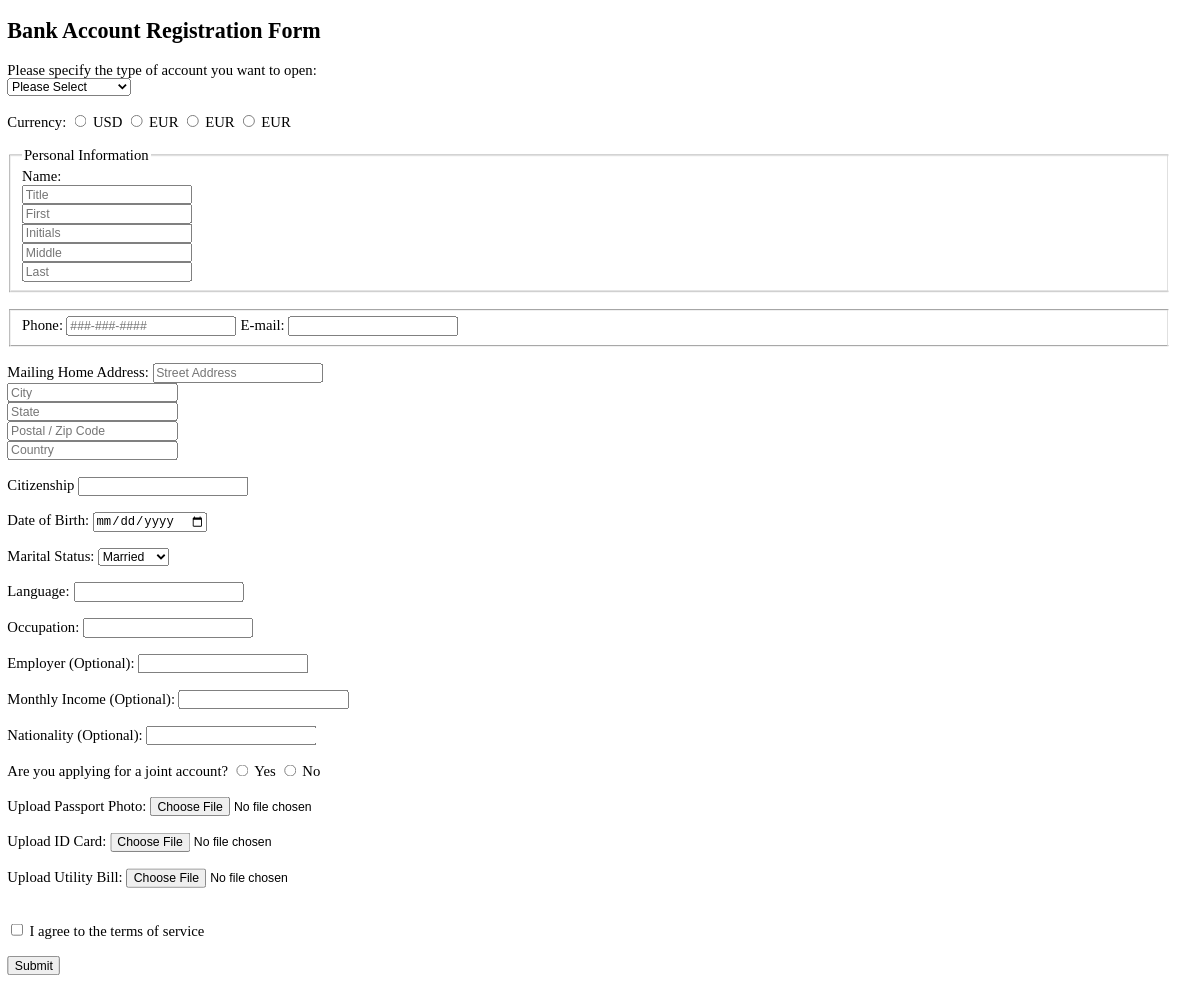
Repository: hizeetech/First-Assignment
Page: sign_up.html
An editor plug-in stored every save of this project. The page is shown before and after a run of saves, followed by the edit.
The browser window is 1280 px wide. The pictures show the whole page, at 92% of full size.

Above is the page before, as saved 2024-11-09 03:04:39.

After the next 4 saves:
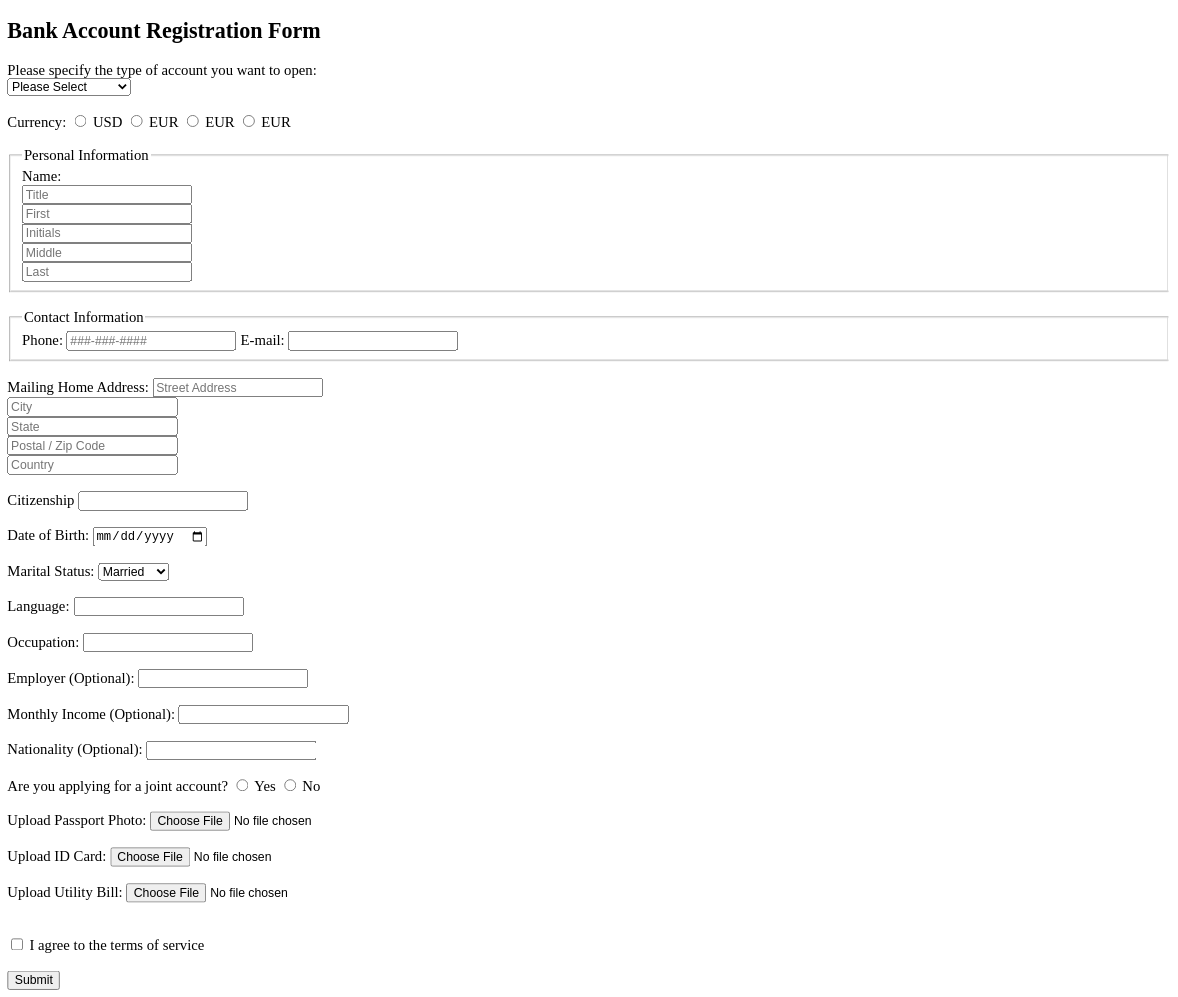
The 4 saves are shown as one change because they came seconds apart.
The last was saved 12 s later.
--- a/sign_up.html
+++ b/sign_up.html
@@ -45,6 +45,7 @@
         <br>
         <div>
             <fieldset>
+                <legend>Contact Information</legend>
             <label for="phone">Phone:</label>
             <input type="tel" id="phone" name="phone" placeholder="###-###-####" required>
 
